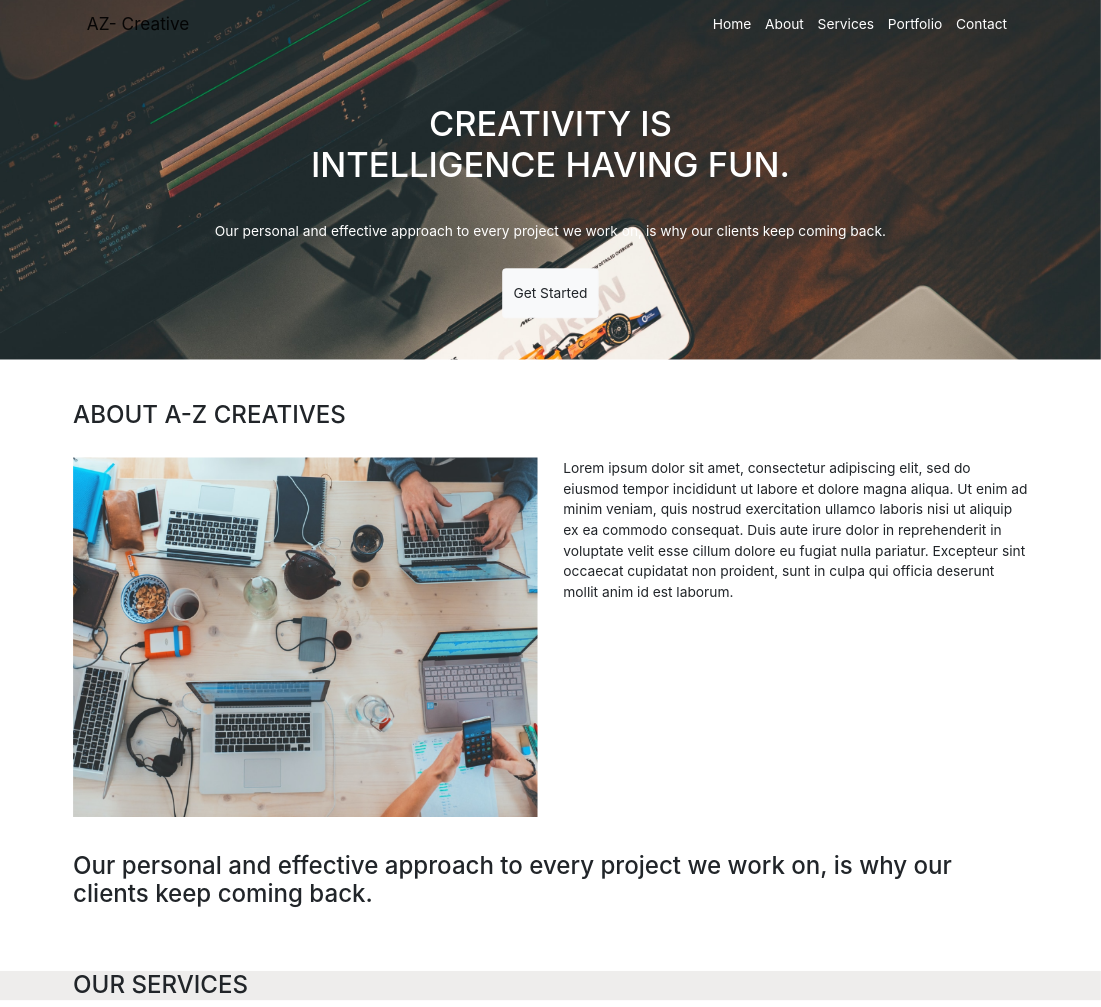
Repository: Syfon01/hng-port
Page: index.html
These files come from the project's save history. The page is drawn as it stood at one moment and after a run of saves; the edit follows.
The browser window is 1280 px wide. The pictures show the whole page, at 86% of full size.

Above is the page before, as saved 2020-06-27 20:45:17.

After the next 2 saves:
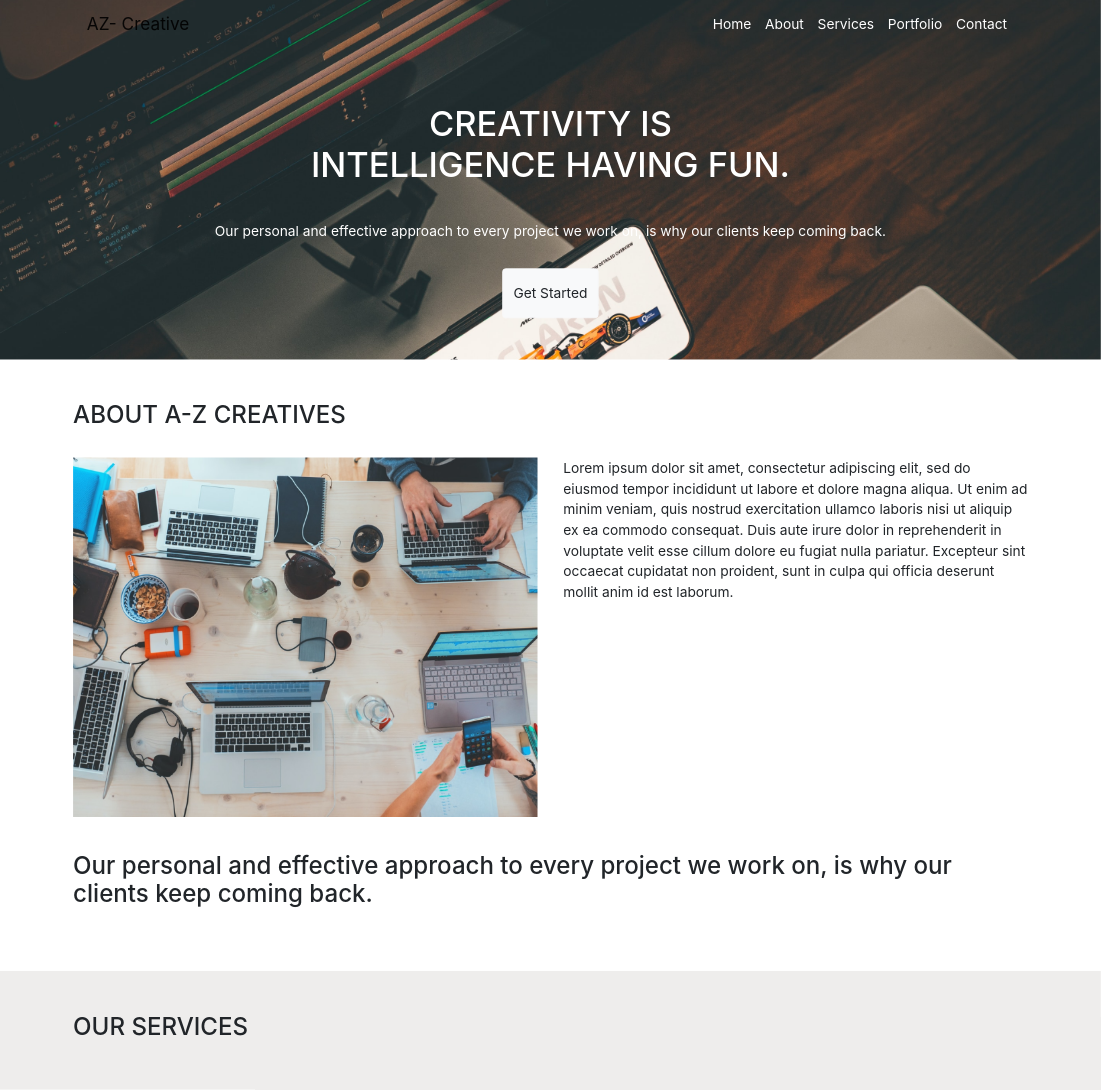
The 2 saves are shown as one change because they came seconds apart.
The last was saved 6 s later.
--- a/index.html
+++ b/index.html
@@ -79,7 +79,7 @@
       </div>
     </section>
     <section id="services">
-      <div class="container">
+      <div class="container py-5">
         <h3>
           OUR SERVICES
         </h3>
